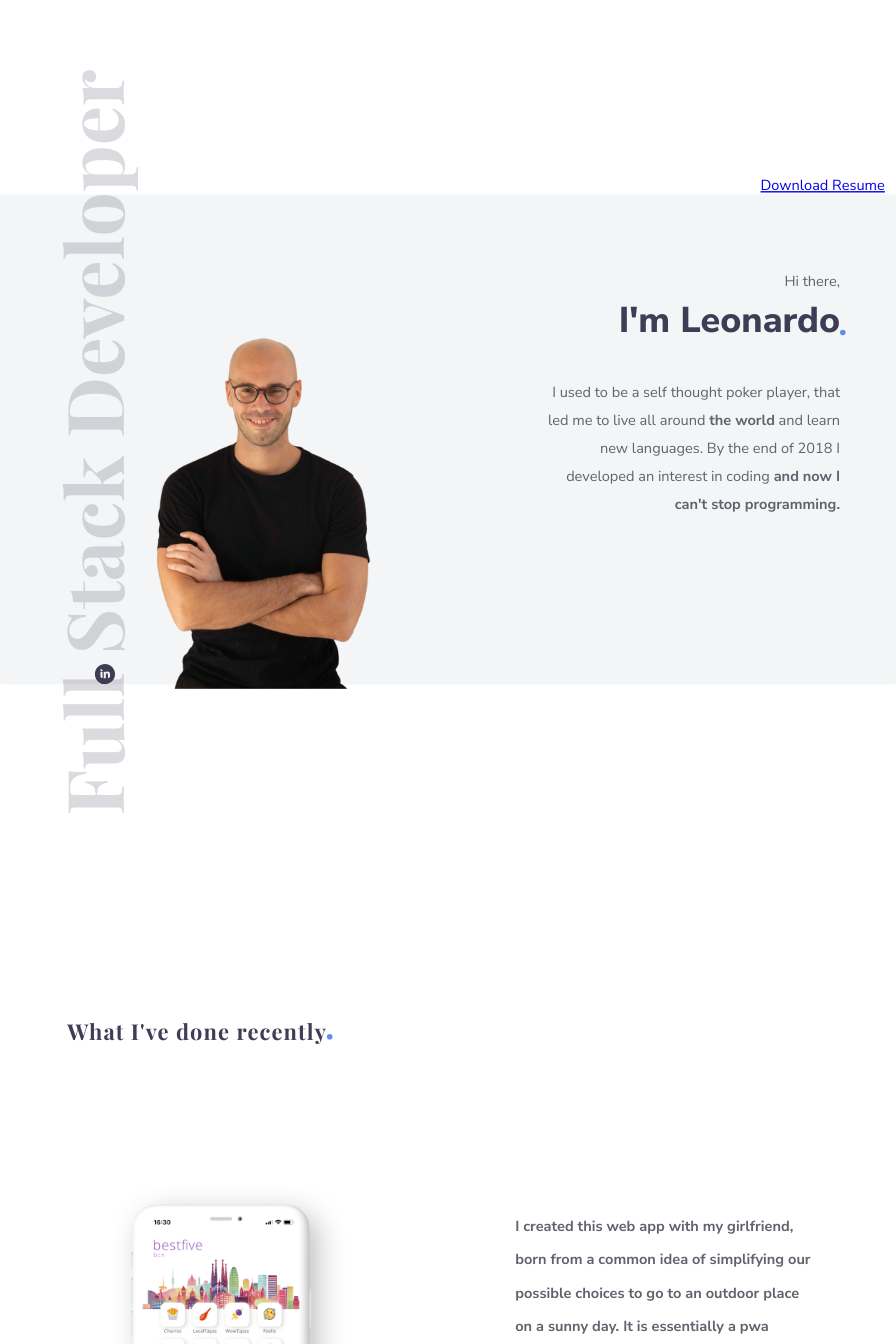
Repository: Easaaa/Portfolio-2020
Page: index.html
An editor plug-in stored every save of this project. The page is shown before and after the next save, followed by the edit.
The browser window is 1280 px wide. The pictures show the part of the page from y = 0 to 1920 px (the page is 7563 px tall), at 70% of full size.
The style sheet was rebuilt from its Sass, Less or Tailwind sources for each picture, by a compiler version that may differ from the author's.

Above is the page before, as saved 2020-02-28 13:39:39.

After the next save:
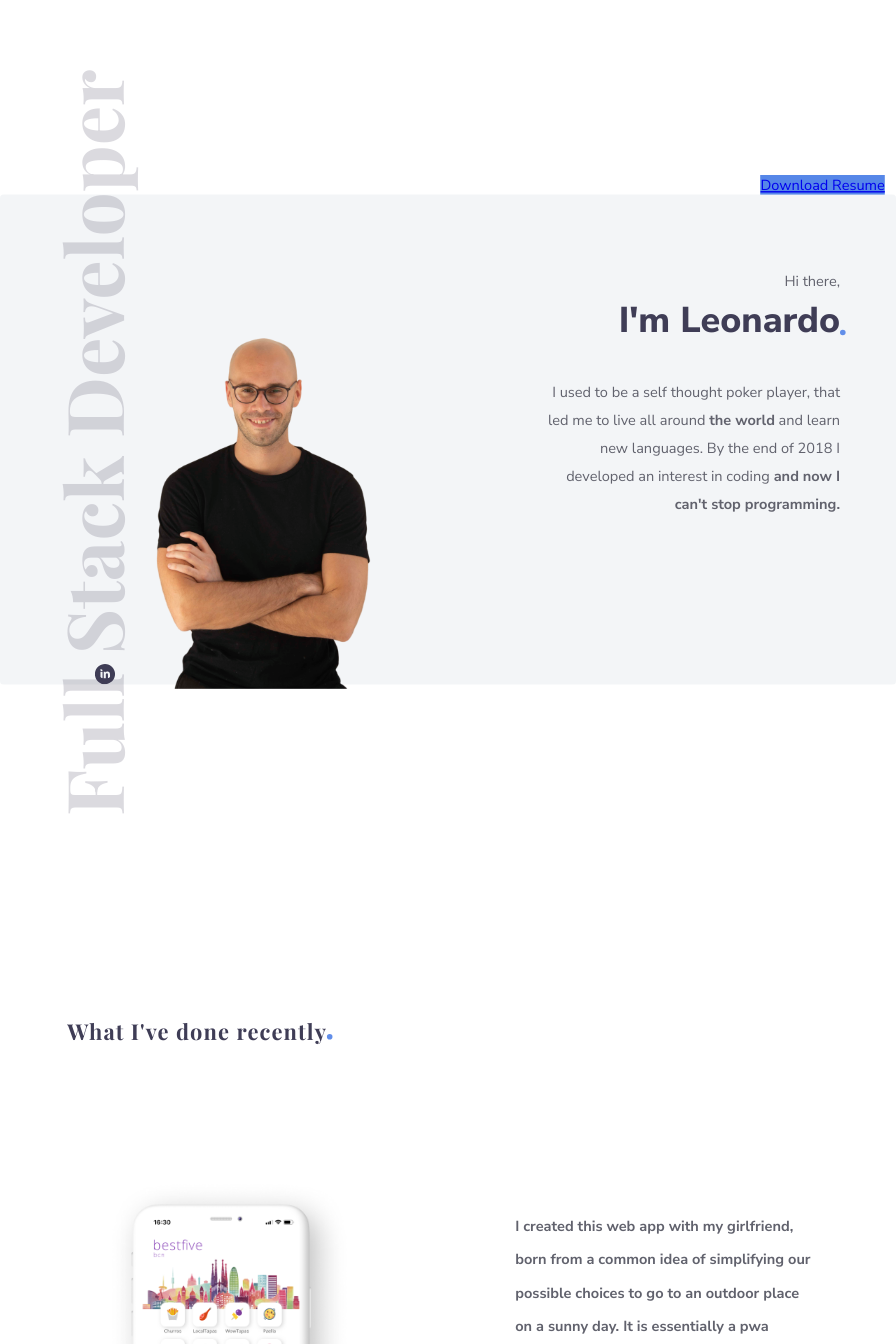
Saved 25 s later.
--- a/stylesheets/scss/main.scss
+++ b/stylesheets/scss/main.scss
@@ -100,6 +100,10 @@
       margin: 0 5px;
       width: 30px;
     }
+
+    a {
+      background-color: #5687E8;
+    }
   }
 
   .content-header {
